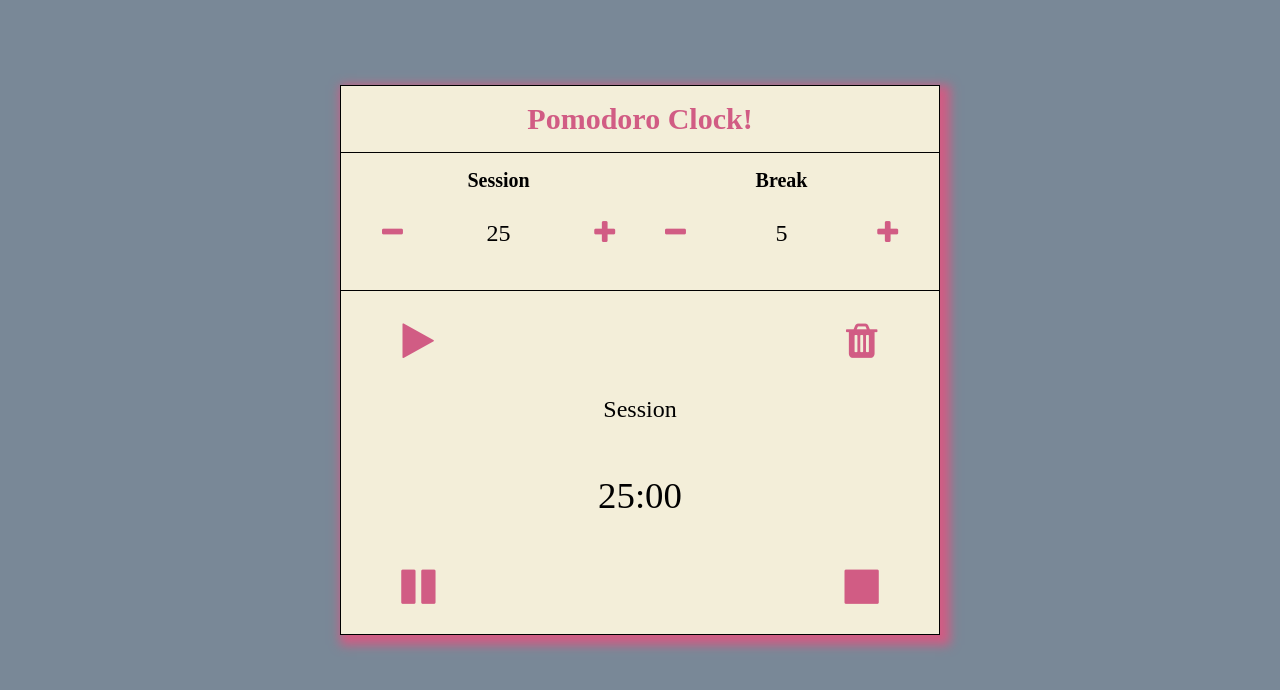
Repository: mcostigliola/pomodoroTimer
Page: index.html
The author's editor kept a copy of each file at every save. The page is drawn from the files as they stood at one save, then again after the next save.
The browser window is 1280 px wide. The pictures show the whole page.

Above is the page before, as saved 2020-06-10 19:47:19.

After the next save:
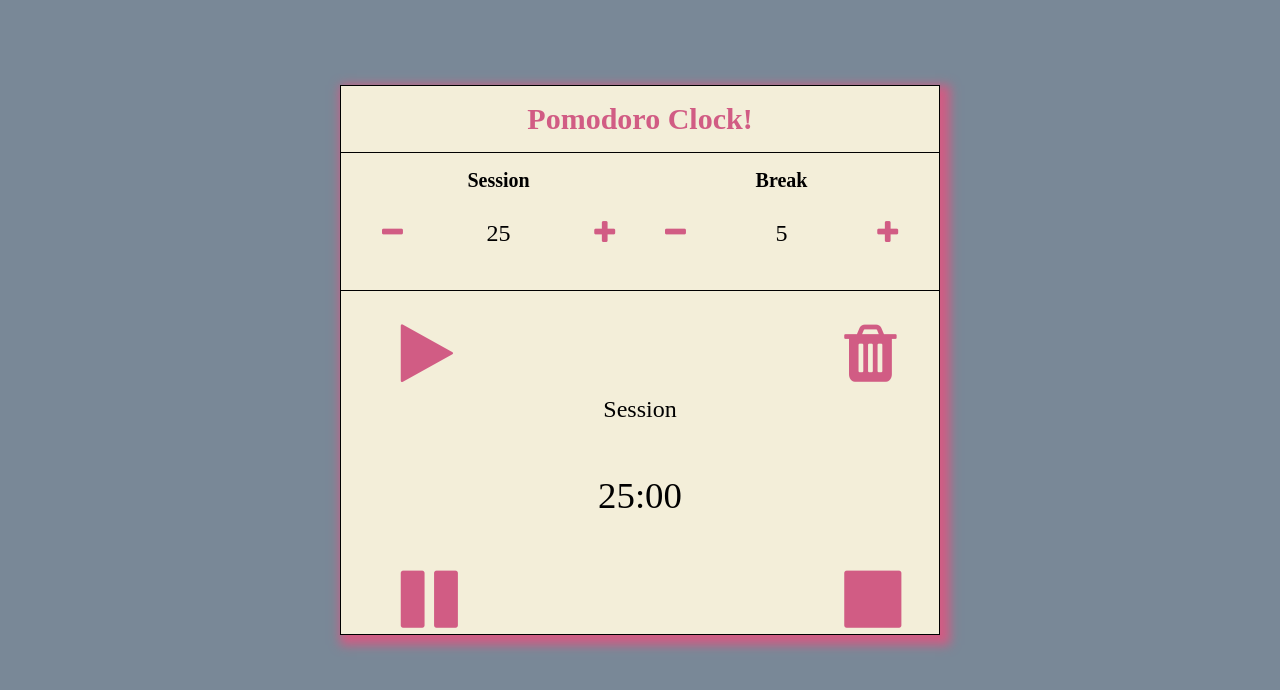
Saved 90 s later.
--- a/index.html
+++ b/index.html
@@ -43,16 +43,16 @@
 
     <div id="timer-container">
        <div class="btn-container">
-         <button id="btn-play"><i class="fa fa-3x fa-play" aria-hidden="true"></i></button>
-         <button id="btn-reset"><i class="fa fa-3x fa-trash" aria-hidden="true"></i></button>
+         <button id="btn-play"><i class="fa fa-5x fa-play" aria-hidden="true"></i></button>
+         <button id="btn-reset"><i class="fa fa-5x fa-trash" aria-hidden="true"></i></button>
        </div>
 
        <p id="status">Session</p>
        <p id="timer">25:00</p>
        <div class="btn-container">
-         <button id="btn-pause"><i class="fa fa-3x fa-pause" aria-hidden="true"></i>
+         <button id="btn-pause"><i class="fa fa-5x fa-pause" aria-hidden="true"></i>
 </button>
-         <button id="btn-stop"><i class="fa fa-3x fa-stop" aria-hidden="true"></i>
+         <button id="btn-stop"><i class="fa fa-5x fa-stop" aria-hidden="true"></i>
 </button>
        </div>
 
